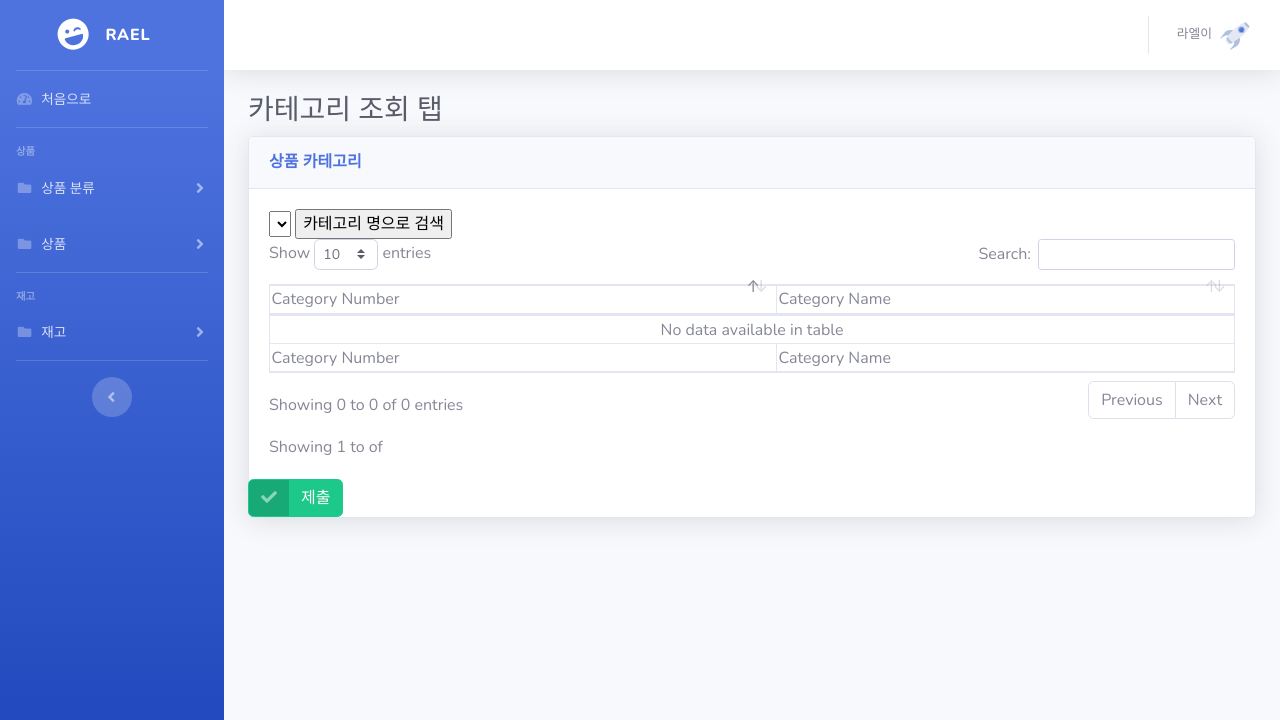
Repository: sww232/springRaelProject
Page: http://localhost/rael/WEB-INF/views/product/category_update.jsp
An editor plug-in stored every save of this project. The page is shown before and after the next save, followed by the edit.
The browser window is 1280 px wide. The pictures show the whole page.
The page is served by Tomcat 9. Nobody is signed in. Other server files are loaded and not shown. The template is opened directly, without the code that normally fills it, so the values that code supplies are empty.

Above is the page before, as saved 2022-10-07 03:58:56.

### raelproject3/rael/src/main/webapp/WEB-INF/views/product/category_update.jsp
<%@ page language="java" contentType="text/html; charset=UTF-8" pageEncoding="UTF-8"%>
<%@ taglib uri="http://java.sun.com/jsp/jstl/core" prefix="c" %>
<!DOCTYPE html>
<html>
	<head>
	<head>
	 	<meta name="viewport" content="width=device-width, initial-scale=1, shrink-to-fit=no">
	    <meta name="description" content="">
	    <meta name="author" content="">
	    <meta charset="UTF-8">
			<title>카테고리 조회</title>

		<link href="/vendor/fontawesome-free/css/all.min.css" rel="stylesheet" type="text/css">
	    <link
	        href="https://fonts.googleapis.com/css?family=Nunito:200,200i,300,300i,400,400i,600,600i,700,700i,800,800i,900,900i"
	        rel="stylesheet">

	    <!-- Custom styles for this template -->
	    <link href="/css/sb-admin-2.min.css" rel="stylesheet">
	    <script src="/vendor/jquery/jquery.min.js"></script>
	    <script src="/vendor/bootstrap/js/bootstrap.bundle.min.js"></script>

	    <!-- Core plugin JavaScript-->
	    <script src="/vendor/jquery-easing/jquery.easing.min.js"></script>

	    <!-- Custom scripts for all pages-->
	    <script src="/js/sb-admin-2.min.js"></script>

	    <!-- Page level plugins -->
	    <script src="/vendor/datatables/jquery.dataTables.min.js"></script>
	    <script src="/vendor/datatables/dataTables.bootstrap4.min.js"></script>

	    <!-- Page level custom scripts -->
	    <script src="/js/demo/datatables-demo.js"></script>

	    <!-- Custom styles for this page -->
	    <link href="/vendor/datatables/dataTables.bootstrap4.min.css" rel="stylesheet">

	</head>
<body id="page-top">
	<div class="modal fade" id="moaModal1" tabindex="-1" role="dialog" aria-labelledby="exampleModalLabel" aria-hidden="true">

			<div class="modal-dialog" role="document">
				<div class="modal-content">
					<div class="modal-header">
						<h5 class="modal-title" id="exampleModalLabel">상품 등록을 위한 카테고리 선택</h5>
						<button class="close" type="button" data-dismiss="modal" aria-label="Close">
							<span aria-hidden="true">x</span>
						</button>
						</div>
						<div class="modal-body">
							<select name="categoryBox1" id="categoryBox1">
								<option value="defaultValue" selected></option>
								<c:forEach var="list" items="${categorynums}">
									<option value="${list}">
										${list}
									</option>
								</c:forEach>
							</select>
						</div>
					<div class="modal-footer">
						<button class="btn btn-primary" type="button" data-dismiss="modal">Cancel</button>
						<button class="btn btn-primary" type="submit" formaction="/product/product_insert">Choice</button>
					</div>
				</div>
			</div>
		</div>
		<div class="modal fade" id="moaModal2" tabindex="-1" role="dialog" aria-labelledby="exampleModalLabel" aria-hidden="true">

			<div class="modal-dialog" role="document">
				<div class="modal-content">
					<div class="modal-header">
						<h5 class="modal-title" id="exampleModalLabel">상품 추가 등록을 위한 카테고리 선택</h5>
						<button class="close" type="button" data-dismiss="modal" aria-label="Close">
							<span aria-hidden="true">x</span>
						</button>
						</div>
						<div class="modal-body">
							<select name="categoryBox2" id="categoryBox2">
								<option value="defaultValue" selected></option>
								<c:forEach var="list" items="${categorynums}">
									<option value="${list}">
										${list}
									</option>
								</c:forEach>
							</select>
						</div>
					<div class="modal-footer">
						<button class="btn btn-primary" type="button" data-dismiss="modal">Cancel</button>
						<button class="btn btn-primary" type="submit" formaction="/product/product_insert_detail">Choice</button>
					</div>
				</div>
			</div>
		</div>
		<div class="modal fade" id="moaModal3" tabindex="-1" role="dialog" aria-labelledby="exampleModalLabel" aria-hidden="true">

			<div class="modal-dialog" role="document">
				<div class="modal-content">
					<div class="modal-header">
						<h5 class="modal-title" id="exampleModalLabel">상품명/상세정보 수정을 위한 카테고리 선택</h5>
						<button class="close" type="button" data-dismiss="modal" aria-label="Close">
							<span aria-hidden="true">x</span>
						</button>
						</div>
						<div class="modal-body">
							<select name="categoryBox3" id="categoryBox3">
								<option value="defaultValue" selected></option>
								<c:forEach var="list" items="${categorynums}">
									<option value="${list}">
										${list}
									</option>
								</c:forEach>
							</select>
						</div>
					<div class="modal-footer">
						<button class="btn btn-primary" type="button" data-dismiss="modal">Cancel</button>
						<button class="btn btn-primary" type="submit" formaction="/product/product_update">Choice</button>
					</div>
				</div>
			</div>
		</div>
	</form>
	<div id="wrapper">
		 <ul class="navbar-nav bg-gradient-primary sidebar sidebar-dark accordion" id="accordionSidebar">

            <!-- Sidebar - Brand -->
            <a class="sidebar-brand d-flex align-items-center justify-content-center" href="/">
                <div class="sidebar-brand-icon rotate-n-15">
                    <i class="fas fa-laugh-wink"></i>
                </div>
                <div class="sidebar-brand-text mx-3">RAEL</div>
            </a>

            <!-- Divider -->
            <hr class="sidebar-divider my-0">

            <!-- Nav Item - Dashboard -->
            <li class="nav-item">
                <a class="nav-link" href="/">
                    <i class="fas fa-fw fa-tachometer-alt"></i>
                    <span>처음으로</span></a>
            </li>

            <!-- Divider -->
            <hr class="sidebar-divider">

            <!-- Heading -->
            <div class="sidebar-heading">
                상품
            </div>

            <!-- Nav Item - Pages Collapse Menu -->
            <li class="nav-item">
                <a class="nav-link collapsed" href="#" data-toggle="collapse" data-target="#collapseTwo"
                    aria-expanded="true" aria-controls="collapseTwo">
                    <i class="fas fa-fw fa-folder"></i>
                    <span>상품 분류</span>
                </a>
                <div id="collapseTwo" class="collapse" aria-labelledby="headingTwo" data-parent="#accordionSidebar">
                    <div class="bg-white py-2 collapse-inner rounded">
                        <h6 class="collapse-header">상풍 분류 탭</h6>
                        <a class="collapse-item" href="/product/category_select?page=1&recordSize=10&pageSize=10">상품 분류 조회</a>
                        <a class="collapse-item" href="/product/category_insert?insertresult=0">상품 분류 등록</a>
                        <a class="collapse-item" href="/product/category_update">상품 분류 수정</a>
                    </div>
                </div>
            </li>

            <!-- Nav Item - Utilities Collapse Menu -->
            <li class="nav-item">
                <a class="nav-link collapsed" href="#" data-toggle="collapse" data-target="#collapseUtilities"
                    aria-expanded="true" aria-controls="collapseUtilities">
                    <i class="fas fa-fw fa-folder"></i>
                    <span>상품</span>
                </a>
                <div id="collapseUtilities" class="collapse" aria-labelledby="headingUtilities"
                    data-parent="#accordionSidebar">
                    <div class="bg-white py-2 collapse-inner rounded">
                        <h6 class="collapse-header">상품 탭</h6>
                        <a class="collapse-item" href="/product/all_select?page=1&recordSize=10&pageSize=10">상품 조회</a>
                        <a class="collapse-item" href="#" data-toggle="modal" data-target="#moaModal1">
							<i class="fas fa-arrow-right"></i>상품 등록
						</a>
						<a class="collapse-item" href="#" data-toggle="modal" data-target="#moaModal2">
							<i class="fas fa-arrow-right"></i>상품 추가 등록
						</a>
						<a class="collapse-item" href="#" data-toggle="modal" data-target="#moaModal3">
							<i class="fas fa-arrow-right"></i>상품명/상세정보 수정
						</a>
                    </div>
                </div>
            </li>

            <!-- Divider -->
            <hr class="sidebar-divider">

            <!-- Heading -->
            <div class="sidebar-heading">
                재고
            </div>

            <!-- Nav Item - Pages Collapse Menu -->
            <li class="nav-item">
                <a class="nav-link collapsed" href="#" data-toggle="collapse" data-target="#collapsePages"
                    aria-expanded="true" aria-controls="collapsePages">
                    <i class="fas fa-fw fa-folder"></i>
                    <span>재고</span>
                </a>
                <div id="collapsePages" class="collapse" aria-labelledby="headingPages" data-parent="#accordionSidebar">
                    <div class="bg-white py-2 collapse-inner rounded">
                        <h6 class="collapse-header">재고</h6>
                        <a class="collapse-item" href="/stock/stock_select?page=1&recordSize=10&pageSize=10">재고 조회 및 입/출고</a>
                        <div class="collapse-divider"></div>
                        <h6 class="collapse-header">재고 입/출고</h6>
                        <a class="collapse-item" href="/stock/stock_history?page=1&recordSize=10&pageSize=10">내역</a>
                        <a class="collapse-item" href="/stock/stock_history_cancel?page=1&recordSize=10&pageSize=10">취소</a>
                    </div>
                </div>
            </li>

            <!-- Divider -->
            <hr class="sidebar-divider d-none d-md-block">

            <!-- Sidebar Toggler (Sidebar) -->
            <div class="text-center d-none d-md-inline">
                <button class="rounded-circle border-0" id="sidebarToggle"></button>
            </div>

        </ul>

        <!-- End of Sidebar -->

        <!-- Content Wrapper -->
        <div id="content-wrapper" class="d-flex flex-column">

            <!-- Main Content -->
            <div id="content">

                <!-- Topbar -->
                <nav class="navbar navbar-expand navbar-light bg-white topbar mb-4 static-top shadow">

                    <!-- Sidebar Toggle (Topbar) -->
                    <form class="form-inline">
                        <button id="sidebarToggleTop" class="btn btn-link d-md-none rounded-circle mr-3">
                            <i class="fa fa-bars"></i>
                        </button>
                    </form>

                    <!-- Topbar Search
                    <form
                        class="d-none d-sm-inline-block form-inline mr-auto ml-md-3 my-2 my-md-0 mw-100 navbar-search">
                        <div class="input-group">
                            <input type="text" class="form-control bg-light border-0 small" placeholder="Search for..."
                                aria-label="Search" aria-describedby="basic-addon2">
                            <div class="input-group-append">
                                <button class="btn btn-primary" type="button">
                                    <i class="fas fa-search fa-sm"></i>
                                </button>
                            </div>
                        </div>
                    </form>
					-->
                    <!-- Topbar Navbar -->
                    <ul class="navbar-nav ml-auto">

                        <!-- Nav Item - Search Dropdown (Visible Only XS) -->
                        <li class="nav-item dropdown no-arrow d-sm-none">
                            <a class="nav-link dropdown-toggle" href="#" id="searchDropdown" role="button"
                                data-toggle="dropdown" aria-haspopup="true" aria-expanded="false">
                                <i class="fas fa-search fa-fw"></i>
                            </a>
                            <!-- Dropdown - Messages -->
                            <div class="dropdown-menu dropdown-menu-right p-3 shadow animated--grow-in"
                                aria-labelledby="searchDropdown">
                                <form class="form-inline mr-auto w-100 navbar-search">
                                    <div class="input-group">
                                        <input type="text" class="form-control bg-light border-0 small"
                                            placeholder="Search for..." aria-label="Search"
                                            aria-describedby="basic-addon2">
                                        <div class="input-group-append">
                                            <button class="btn btn-primary" type="button">
                                                <i class="fas fa-search fa-sm"></i>
                                            </button>
                                        </div>
                                    </div>
                                </form>
                            </div>
                        </li>
                        <div class="topbar-divider d-none d-sm-block"></div>

                        <!-- Nav Item - User Information -->
                        <li class="nav-item dropdown no-arrow">
                            <a class="nav-link dropdown-toggle" href="#" id="userDropdown" role="button"
                                data-toggle="dropdown" aria-haspopup="true" aria-expanded="false">
                                <span class="mr-2 d-none d-lg-inline text-gray-600 small">라엘이</span>
                                <img class="img-profile rounded-circle"
                                    src="img/undraw_rocket.svg">
                            </a>
                            <!-- Dropdown - User Information -->
                            <div class="dropdown-menu dropdown-menu-right shadow animated--grow-in"
                                aria-labelledby="userDropdown">
                                <div class="dropdown-divider"></div>
                                <a class="dropdown-item" href="#" data-toggle="modal" data-target="#logoutModal">
                                    <i class="fas fa-sign-out-alt fa-sm fa-fw mr-2 text-gray-400"></i>
                                    Logout
                                </a>
                            </div>
                        </li>

                    </ul>

                </nav>
    	<!-- End of Topbar -->
    	<div class="container-fluid">
		<!-- Page Heading -->
		<h1 class="h3 mb-2 text-gray-800">카테고리 조회 탭</h1>
		<div class="card shadow mb-4">
			<div class="card-header py-3">
			    <h6 class="m-0 font-weight-bold text-primary">상품 카테고리</h6>
			</div>

			<div class="card-body">
				<div class="table-responsive">
					<div id="dataTable_wrapper" class="dataTables_wrapper dt-bootstrap4">
						<div class="row">
								<div class="dataTable_filter" id="dataTable_filter">
									<select name="categoryBox" id="categoryBox">
										<option value="defaultValue" selected></option>
										<c:forEach var="list" items="${categorynums2}">
											<option value="${list}">
												${list}
											</option>
										</c:forEach>
									</select>
									<input type="submit" value="카테고리 명으로 검색">
								</div>

						</div>
						<div class="row">
							<div class="col-sm-12">
								<form method="POST" action="/product/category_update/UPDATE">
								<table class="table table-bordered" id="dataTable" width="100%" cellspacing="0">

									<thead>
										<tr>
											<td>Category Number</td>
											<td>Category Name</td>
										</tr>
									</thead>
									<tfoot>
										<tr>
											<td>Category Number</td>
											<td>Category Name</td>
										</tr>
									</tfoot>
									<tbody>
										<c:forEach items="${datas.list}" var="data">
											<input type="hidden" value=${data.PRODUCTCATEGORYNUM}
												class="form-control bg-light border-0 small" name="product category num for modify" readonly>
											<tr>
												<td>${data.PRODUCTCATEGORYNUM}</td>
												<td><input type="text" value="${data.PRODUCTCATEGORYNAME}"
												class="form-control bg-light border-0 small" name="product category name for modify"> </td>
											<tr>
										</c:forEach>
									</tbody>
								</table>
								</form>
							</div>
						</div>

						<div class="row">
							<div class="col-sm-12 col-md-5">
								<div class="dataTables_info" id="dataTable_info" role="status" aria-live="polite">
									<c:if test="${shownumber >= allcount}">
										Showing ${datas.pagination.limitStart + 1} to ${allcount} of ${allcount}
									</c:if>
									<c:if test="${shownumber < allcount}">
										Showing ${datas.pagination.limitStart + 1} to ${datas.pagination.limitStart + 10} of ${allcount}
									</c:if>
								</div>
							</div>
							<div class="col-sm-12 col-md-7">
								<div class="dataTables_paginate paging_simple_numbers" id="dataTable_paginate">
									<ul class="pagination">
									    <c:if test="${datas.pagination.totalPageCount < 1}">
									        <li>0</li>
									    </c:if>
									    <c:if test="${datas.pagination.existPrevPage eq true}">
									    	<li class="paginate_button page-item previous">
									    		<a aria-controls="dataTable" data-dt-idx="${num}" class="page-link"
									    			href='<c:url value="/product/category_update?page=${datas.pagination.startPage-1}&recordSize=10&pageSize=10&categoryBox=${categoryBox}"/>'>PREVIOUS</a>
									    	</li>
									    </c:if>
									    <c:if test="${datas.pagination.totalPageCount > 0}">
									   		<c:forEach begin="${datas.pagination.startPage}" end="${datas.pagination.endPage}" var="num">
									   			<li class="paignate_button page-item">
									   				<a  aria-controls="dataTable" data-dt-idx="${num}" class="page-link"
									   					href='<c:url value="/product/category_update?page=${num}&recordSize=10&pageSize=100&categoryBox=${categoryBox}"/>'>${num}</a>
									   			</li>
									   		</c:forEach>
									    </c:if>
									    <c:if test="${datas.pagination.existNextPage eq true}">
									        <li class="paginate_button page-item next" id="dataTable_next">
									        	<a aria-controls="dataTable" data-dt-idx="${num}" class="page-link"
									        		href='<c:url value="/product/category_update?page=${datas.pagination.endPage+1}&recordSize=10&pageSize=10&categoryBox=${categoryBox}"/>'>NEXT</a>
									       </li>
									    </c:if>
						    		</ul>
					    		</div>
					    	</div>
						</div>
					</div>
				</div>
			</div>
			<div class="input-group-append">
					<button type="submit" class="btn btn-success btn-icon-split">
						<span class="icon text-white-50">
							<i class="fas fa-check"></i>
						</span>
						<span class="text">제출</span>
					</button>
				</div>
		</form>
		</div>
	</div>
		 <c:if test="${updateresult eq 1}">
			<script>
				alert("수정 완료!")
			</script>
		</c:if>
	</body>
</html>

### raelproject3/rael/src/main/resources/static/img/undraw_rocket.svg
<?xml version="1.0" encoding="utf-8"?>
<!-- Generator: Adobe Illustrator 25.0.0, SVG Export Plug-In . SVG Version: 6.00 Build 0)  -->
<svg version="1.1" id="b759170a-51c3-4e2f-999d-77dec9fd6d11"
	 xmlns="http://www.w3.org/2000/svg" xmlns:xlink="http://www.w3.org/1999/xlink" x="0px" y="0px" viewBox="0 0 650.9 610.5"
	 style="enable-background:new 0 0 650.9 610.5;" xml:space="preserve">
<style type="text/css">
	.st0{fill:#AFC0E0;}
	.st1{opacity:0.2;fill:#FFFFFF;enable-background:new    ;}
	.st2{opacity:0.1;enable-background:new    ;}
	.st3{fill:#E3E8F4;}
	.st4{fill:#4E73DF;}
</style>
<path class="st0" d="M174,321c-2-1.6-4.2-3-6.6-4.2c-51.8-26.2-157,67.8-157,67.8L0,372.7c0,0,42.1-43.8,92.4-117.3
	c45.2-66.1,150.7-51.8,171.4-48.3c2.3,0.4,3.6,0.7,3.6,0.7C298.7,288.3,174,321,174,321z"/>
<path class="st1" d="M269.4,213.9c-0.6-2-1.3-4-2-6c0,0-1.2-0.2-3.6-0.7c-20.7-3.5-126.2-17.8-171.4,48.3C42.1,329,0,372.7,0,372.7
	l5.9,6.7c0,0,42.1-43.8,92.4-117.3C143.3,196.3,248,210.2,269.4,213.9z"/>
<path class="st0" d="M337.7,533.4c-79.2,40.8-127.8,77.1-127.8,77.1l-10.5-11.9c0,0,111.1-96.8,85.3-150.9c-0.5-1.2-1.2-2.3-1.9-3.4
	c0,0,47.9-119.6,123.9-78.5c0,0,0.1,1,0.2,2.9C407.8,387.8,409.7,496.3,337.7,533.4z"/>
<path class="st2" d="M174,321c-2-1.6-4.2-3-6.6-4.2c29.3-38.9,61.5-75.5,96.3-109.7c2.3,0.4,3.6,0.7,3.6,0.7
	C298.7,288.3,174,321,174,321z"/>
<path class="st2" d="M406.9,368.6c-38.6,29.6-79.4,56.1-122.3,79.1c-0.5-1.2-1.2-2.3-1.9-3.4c0,0,47.9-119.6,123.9-78.5
	C406.7,365.7,406.8,366.7,406.9,368.6z"/>
<path class="st3" d="M263.6,455.5c-20.3,10.4-41.6,20.5-64,30.2c-33.6,14.6-51.5-2.2-80.7-91.5c0,0,12.5-22.5,37.2-57
	c54.3-75.8,167.5-209.1,336.1-286.7C542.7,27.1,596.1,10.1,650.9,0c0,0-9.1,68.8-62,160.1S439.1,365.3,263.6,455.5z"/>
<circle class="st0" cx="435.6" cy="199.7" r="71.6"/>
<path class="st4" d="M469.2,237.9c-21,18.6-53.1,16.6-71.7-4.5c-7.8-8.8-12.2-20-12.7-31.8c-0.2-4.7,0.3-9.4,1.4-14
	c0.5-2,1.1-4.1,1.9-6c2.9-7.7,7.7-14.5,13.8-19.9c0.3-0.3,0.6-0.5,0.9-0.8c17.1-14.4,41.5-15.9,60.3-3.8c3.5,2.3,6.7,4.9,9.5,7.9
	l1,1.1C492.2,187.2,490.2,219.3,469.2,237.9C469.2,237.8,469.2,237.9,469.2,237.9z"/>
<path class="st0" d="M588.9,160.1c-83-35.2-96.8-109.6-96.8-109.6C542.7,27,596.1,10.1,650.9,0C650.9,0,641.8,68.8,588.9,160.1z"/>
<path class="st0" d="M263.6,455.5c-13.7,7.1-27.9,13.9-42.6,20.7c-7,3.2-14.1,6.4-21.4,9.5c-10.9,4.7-51.5-2.2-80.7-91.5
	c0,0,4.1-7.3,12.1-20c6.1-9.6,14.5-22.2,25.1-37c0,0,11,33.2,41.1,67.3C215.8,425.7,238.4,443,263.6,455.5z"/>
<path class="st3" d="M221,476.2c-7,3.2-14.1,6.4-21.4,9.5c-10.9,4.7-51.5-2.2-80.7-91.5c0,0,4.1-7.3,12.1-20
	C131,374.2,170.2,456.9,221,476.2z"/>
<path class="st1" d="M463.2,157l-0.1,0l-60.1,3.9c-0.3,0.3-0.6,0.5-0.9,0.8c-6.2,5.4-10.9,12.3-13.8,19.9l84.5-16.6L463.2,157z"/>
<path class="st1" d="M438.8,194.3l-53.9,7.3c-0.2-4.7,0.3-9.4,1.4-14l52.8,1.4L438.8,194.3z"/>
<path class="st1" d="M131.7,408.7c0,0,12.5-22.5,37.2-57C223.2,276,336.4,142.7,504.9,65c45.6-21.1,93.3-36.9,142.5-47.3
	C650.1,6.4,650.9,0,650.9,0c-54.8,10.1-108.2,27-158.7,50.5c-168.6,77.7-281.8,211-336.1,286.7c-24.7,34.4-37.2,57-37.2,57
	c11.5,35.3,26.6,57,40.5,70.3C149.4,451.4,139.7,433.3,131.7,408.7z"/>
</svg>

Loaded but not shown: raelproject3/rael/src/main/resources/static/css/sb-admin-2.min.css (library); raelproject3/rael/src/main/resources/static/js/sb-admin-2.min.js (common file); raelproject3/rael/src/main/resources/static/js/demo/datatables-demo.js (common file)

After the next save:
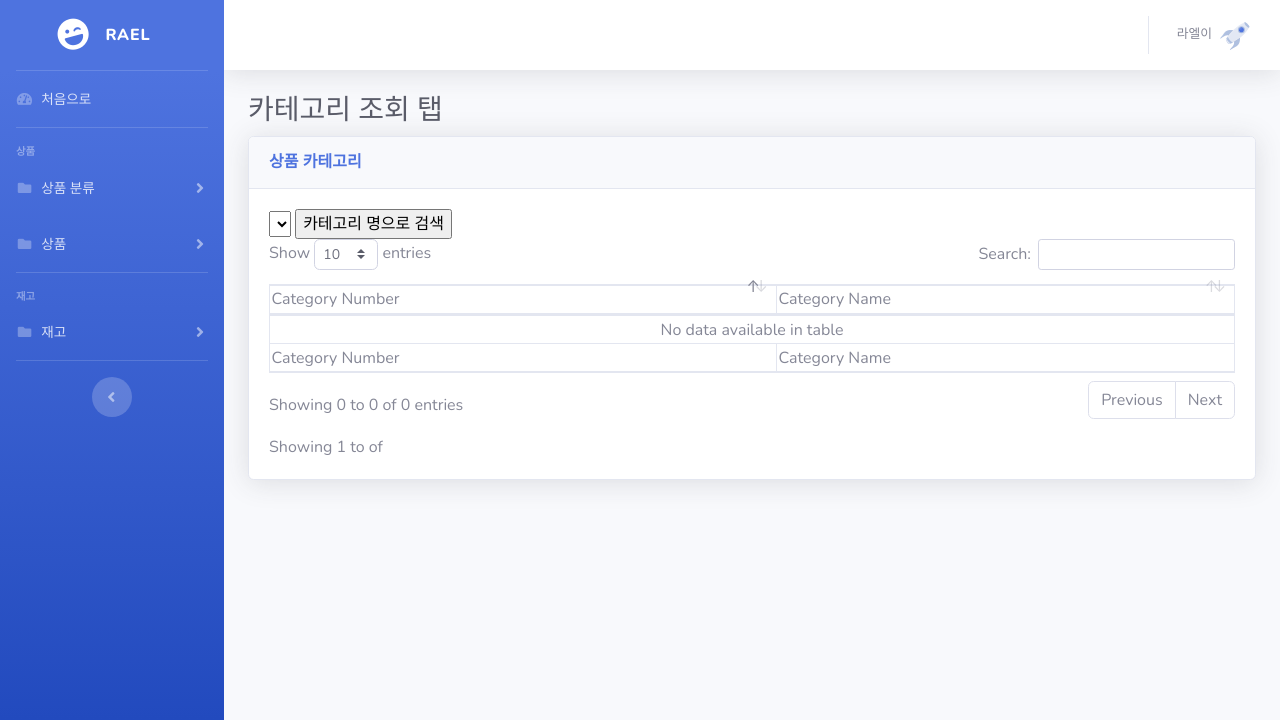
Saved 17 s later.
--- a/raelproject3/rael/src/main/webapp/WEB-INF/views/product/category_update.jsp
+++ b/raelproject3/rael/src/main/webapp/WEB-INF/views/product/category_update.jsp
@@ -413,15 +413,6 @@
 					</div>
 				</div>
 			</div>
-			<div class="input-group-append">
-					<button type="submit" class="btn btn-success btn-icon-split">
-						<span class="icon text-white-50">
-							<i class="fas fa-check"></i>
-						</span>
-						<span class="text">제출</span>
-					</button>
-				</div>
-		</form>
 		</div>
 	</div>
 		 <c:if test="${updateresult eq 1}">
